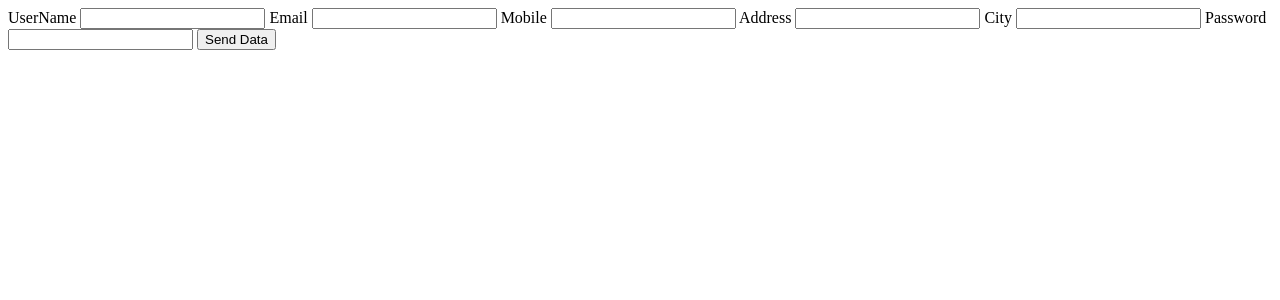
Repository: NagepalliHaasan21/MyProjects
Page: http://localhost/SecureData/
The author's editor kept a copy of each file at every save. The page is drawn from the files as they stood at one save, then again after the next save.
The browser window is 1280 px wide. The pictures show the whole page.
The page is served by Tomcat 10.

Above is the page before, as saved 2024-12-04 14:56:50.

After the next save:
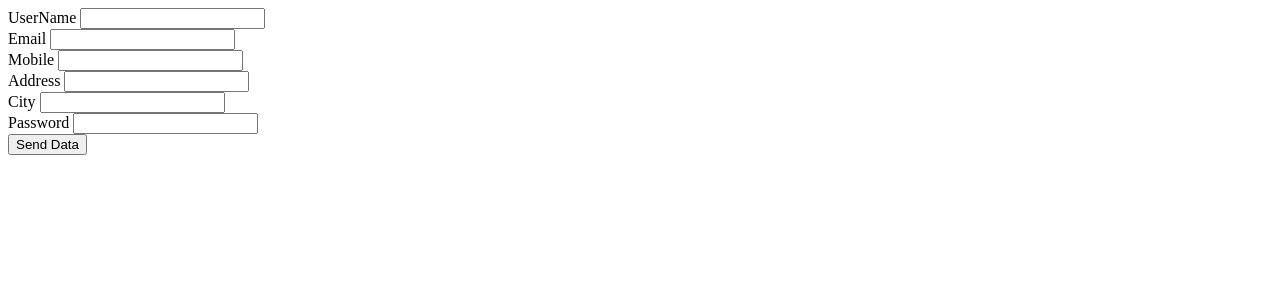
Saved 63 s later.
--- a/eclipse-workspace/SecureData/src/main/webapp/index.jsp
+++ b/eclipse-workspace/SecureData/src/main/webapp/index.jsp
@@ -8,12 +8,12 @@
 </head>
 <body>
 	<form action="CollectData" method="post">
-		UserName <input type="text" name="name">
-		Email <input type="text" name="email">
-		Mobile <input type="text" name="mobile">
-		Address <input type="text" name="address">
-		City <input type="text" name="city">
-		Password <input type="text" name="password">
+		UserName <input type="text" name="name"> <br>
+		Email <input type="text" name="email">  <br>
+		Mobile <input type="text" name="mobile">  <br>
+		Address <input type="text" name="address">  <br>
+		City <input type="text" name="city">  <br>
+		Password <input type="text" name="password">  <br>
 
 		<input type="submit" value="Send Data">
 	</form>
